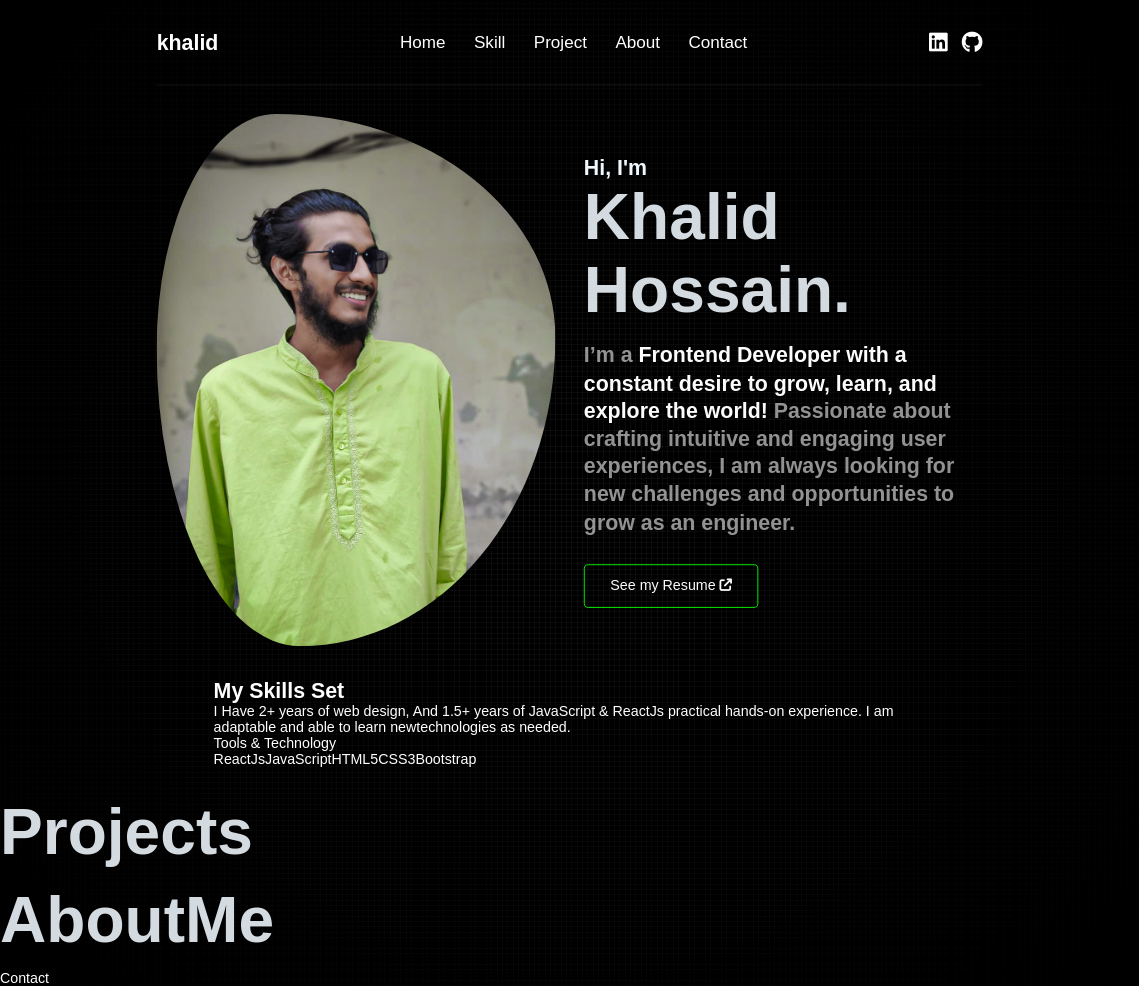
Repository: badhon252/my-portfolio
Page: /
These files come from the project's save history. The page is drawn as it stood at one moment and after the next save; the edit follows.
The browser window is 1280 px wide. The pictures show the whole page, at 89% of full size.
The project was rebuilt for these pictures with package versions that can differ from the ones it lists, and the page was loaded fresh each time. Also part of the build but not shown: src/Components/Home/Header/Navbar/Navs/LinkedIn/LinkedIn.module.css, src/Components/Home/Header/Navbar/Navs/GitHub/Github.module.css, src/Components/Home/Skill/Skill.css.

Above is the page before, as saved 2023-01-16 14:25:58.

### public/index.html
<!DOCTYPE html>
<html lang="en">

<head>
    <meta charset="utf-8" />
    <link rel="icon" href="%PUBLIC_URL%/favicon.ico" />
    <meta name="viewport" content="width=device-width, initial-scale=1" />
    <meta name="theme-color" content="#000000" />
    <meta name="description" content="Web site created using create-react-app, Portfolio" />
    <link rel="apple-touch-icon" href="%PUBLIC_URL%/logo192.png" />
    <link rel="stylesheet" href="https://cdnjs.cloudflare.com/ajax/libs/font-awesome/6.2.1/css/all.min.css">
    <link rel="manifest" href="%PUBLIC_URL%/manifest.json" />

    <title>Portfolio Website</title>
</head>

<body>
    <div id="root"></div>

    <script src="https://platform.linkedin.com/badges/js/profile.js" async defer type="text/javascript"></script>

</body>

</html>

### src/index.css
body {
    margin: 0;
    font-family: -apple-system, BlinkMacSystemFont, 'Segoe UI', 'Roboto', 'Oxygen', 'Ubuntu', 'Cantarell', 'Fira Sans', 'Droid Sans', 'Helvetica Neue', sans-serif;
    -webkit-font-smoothing: antialiased;
    -moz-osx-font-smoothing: grayscale;
    background-color: #000000;
    background-image: radial-gradient(circle at center center, transparent 0%, rgb(0, 0, 0) 99%), repeating-linear-gradient(0deg, rgba(163, 163, 163, 0.07) 0px, rgba(163, 163, 163, 0.07) 1px, transparent 1px, transparent 6px), repeating-linear-gradient(90deg, rgba(163, 163, 163, 0.07) 0px, rgba(163, 163, 163, 0.07) 1px, transparent 1px, transparent 6px), linear-gradient(90deg, rgb(0, 0, 0), rgb(0, 0, 0));
    color: #ffffff;
}

* {
    margin: 0;
    padding: 0;
    box-sizing: border-box;
    font-family: 'Poppins', sans-serif;
}

.container {
    margin: 2rem 15rem;
}

### src/App.js
import Home from './Components/Home/Home';

function App() {
  return (
    <div className="App">
      <Home/>
    </div>
  );
}

export default App;

### src/Components/Home/Home.jsx
import AboutMe from "./AboutMe/AboutMe";
import Footer from "./Footer/Footer";
import Header from "./Header/Header";
import Projects from "./Project/Projects";
import Skill from "./Skill/Skill";


export default function Home() {
  return (
    <div>
        <Header />
        <Skill/>
        <Projects/>
        <AboutMe/>
        <Footer/>

    </div>
  )
}

### src/Components/Home/AboutMe/AboutMe.jsx
import React from 'react';

const AboutMe = () => {
    return (
        <div>
            <h1>AboutMe</h1>
        </div>
    );
}

export default AboutMe;

### src/Components/Home/Footer/Footer.jsx
import React from 'react'
import Contact from './Contact/Contact'

export default function Footer() {
  return (
    <div>
        <Contact/>
    </div>
  )
}

### src/Components/Home/Header/Header.jsx
import React from 'react'
import HeaderContent from './HeaderContent/HeaderContent'
import Navbar from './Navbar/Navbar'
import Classes from './Header.module.css'

export default function Header() {
  return (
    <div className={Classes.header}>
      <Navbar/>
      <HeaderContent/>
    </div>
  )
}

### src/Components/Home/Project/Projects.jsx
import React from 'react';

const Projects = () => {
    return (
        <div>
            <h1>Projects</h1>
        </div>
    );
}

export default Projects;

### src/Components/Home/Skill/Skill.jsx
import "./Skill.css"
const SkillEfficiency = () => {
    return (
       <div id="skill" className="skillSet container">
            <div className="skillSet__title">
                <h2>My Skills Set</h2>

                <div className="skillSet__title__line">
                     I Have 2+ years of web design, And 1.5+ years of JavaScript & ReactJs practical hands-on experience.
                   <span>  I am adaptable and able to learn newtechnologies as needed.</span>
                </div>
                <div className="skillSet__title__text">
                    <div className="tools">Tools & Technology</div>
                    <span>ReactJs</span>
                    <span>JavaScript</span>
                    <span>HTML5</span>
                    <span>CSS3</span>
                    <span>Bootstrap</span>

                </div>
            </div>
       </div>
    );
}

export default SkillEfficiency;

### src/Components/Home/Header/HeaderContent/HeaderContent.jsx
import Badhon from "../../../../Assests/Images/badhon.jpg";
import HeroSection from './HeroSection'
import Classes from "./Header.module.css";

export default function HeaderContent() {
  return (
    <div>
      <div className={Classes.heroSection}>
          <div className={Classes.row}>
            <HeroSection col={Classes.col}/>
            <div className={Classes.col}>
              <img src={Badhon} alt="Badhon" className={Classes.heroImage} />
            </div>

        </div>
      </div>
    </div>
  )
}

### src/Components/Home/Header/Navbar/Navbar.jsx
import "./Navs/Navs.css"
import "./Navbar.css"
import NavbarBrand from './NavbarBrand/NavbarBrand'
import Nav from './Navs/Nav/Nav'
import LinkedIn from './Navs/LinkedIn/LinkedIn'
import GitHub from './Navs/GitHub/Github'

export default function Navbar() {
  return (
    <div className='navBar borderBottom'>
            <NavbarBrand/>
            <Nav/>
         <div className='navBar'>
            <LinkedIn/>
            <GitHub/>
         </div>
    </div>
  )
}

### src/Components/Home/Header/Header.module.css
.header {
    min-height: 100vh;
    margin: 0 10rem;
    color: aliceblue;
    padding: 0 1rem;
}

### src/Components/Home/Header/HeaderContent/HeroSection.jsx
import Classes from "./Header.module.css";


export default function HeroSection({col}) {
  return (
    <div className={col}>
          <h2 className={Classes.h1}>Hi, I'm</h2>
          <h1 className={Classes.h1}>Khalid Hossain.</h1>
          <p>
            I’m a <span>Frontend Developer with a constant desire to grow, learn, and explore the world!</span> Passionate about crafting intuitive and engaging user experiences,
            I am always looking for new challenges and opportunities to grow as an engineer.
          </p>

             <a className={Classes.resume} href="https://drive.google.com/file/d/1dNWfd7X8CYs_9THDZo58HHKVKzD8WfeY/view?usp=share_link" target="_blank" rel="noreferrer">
               See my Resume <i class="fa-solid fa-arrow-up-right-from-square"></i>
              </a>

    </div>
  );
}

### src/Components/Home/Header/HeaderContent/Header.module.css
.row {
    display: flex;
    flex-direction: row-reverse;
    justify-content: space-between;
    align-items: center;
    flex-wrap: wrap;
    margin: 2rem 0;
    gap: 2rem;
}

.col {
    flex-basis: 45%;
    flex: 1;
}

.heroImage {
    min-width: 300px;
    max-width: 600px;
    width: 100%;
    height: auto;
    box-sizing: border-box;
    overflow: hidden;
    transition: .5s;
    border-radius: 30% 70% 64% 36% / 44% 42% 58% 56%;
}

.heroImage:hover {
    border-radius: 20%;
}

h1 {
    font-size: 4.5em;
    font-weight: 700;
    margin-bottom: 1rem;
    color: rgba(240, 248, 255, 0.877);
}

p {
    font-size: 1.5em;
    font-weight: 600;
    margin-bottom: 1rem;
    color: rgba(255, 255, 255, 0.568);
    line-height: 1.3;
}

p span {
    color: #fcfcfc;
}

.resume {
    padding: .9rem 1.8rem;
    border: 1px solid #09ff01;
    font-size: 1rem;
    font-weight: 500;
    margin-top: 1rem;
    outline: none;
    border-radius: 5px;
    background: none;
    color: #fcfcfc;
    transition: .5s;
    cursor: pointer;
    text-decoration: none;
    display: inline-block;
}

.resume:hover {
    color: rgb(7, 7, 7);
    background-color: rgb(0, 255, 21);
}

.resume:active {
    transform: scale(0.95);
}

### src/Components/Home/Header/Navbar/Navs/Navs.css
.flexRow {
    display: flex;
    justify-content: space-between;
    align-items: center;
    flex-wrap: wrap;
    gap: 2rem;
}

.me_1 {
    margin-right: 1rem;
}

### src/Components/Home/Header/Navbar/Navbar.css
.boxShadow {
    -webkit-box-shadow: 0px 22px 40px -37px rgba(255, 255, 255, 1);
    -moz-box-shadow: 0px 22px 40px -37px rgba(255, 255, 255, 1);
    box-shadow: 0px 22px 40px -37px rgba(255, 255, 255, 1);
}

.borderBottom {
    border-bottom: 1px solid #f6f6f612;
}

### src/Components/Home/Header/Navbar/NavbarBrand/NavbarBrand.jsx
import Classes from "./NavbarBrand.module.css"
export default function NavbarBrand() {
  return (
    <div className={Classes.navbarBrand}>khalid</div>
  )
}

### src/Components/Home/Header/Navbar/Navs/Nav/Nav.jsx
import "./../Navs.css"
import "./Nav.css"
export default function Nav() {
  return (
    <div>
        <nav className="navBar" >
            <div className="container-fluid">

                {/* <button className="navbar-toggler" type="button" data-bs-toggle="collapse" data-bs-target="#navbarSupportedContent" aria-controls="navbarSupportedContent" aria-expanded="false" aria-label="Toggle navigation">
                <span className="navbar-toggler-icon"></span>
                </button> */}
                <div className="collapse navbar-collapse" id="navbarSupportedContent">
                <ul className="flexRow navbar-nav me-auto mb-2 mb-lg-0">
                    <li className="nav-item">
                    <a className="nav-link" href="#home">Home</a>
                    </li>
                    <li className="nav-item">
                    <a className="nav-link" href="#skill">Skill</a>
                    </li>
                    <li className="nav-item">
                    <a className="nav-link" href="#project">Project</a>
                    </li>
                    <li className="nav-item">
                    <a className="nav-link" href="#aboutMe">About</a>
                    </li>
                     <li className="nav-item">
                    <a className="nav-link" href="#contact">Contact</a>
                    </li>

                </ul>

                </div>
            </div>
        </nav>
    </div>
  )
}

### src/Components/Home/Header/Navbar/Navs/LinkedIn/LinkedIn.jsx
import "./LinkedIn.module.css"

export default function LinkedIn() {
  return (
    <div className='me_1' >
      <a href="https://www.linkedin.com/in/khalidhossainbadhon/" target="_blank" rel="noreferrer">
     <i class="fa-brands fa-linkedin"></i>
      </a>
    </div>
  )
}

### src/Components/Home/Header/Navbar/Navs/GitHub/Github.jsx
import Classes from "./Github.module.css"

export default function GitHub() {
  return (
    <div className={Classes.faBrands}>
      <a href="https://github.com/badhon252"><i class="fa-brands fa-github"></i></a>
    </div>
  )
}

### src/Components/Home/Header/Navbar/NavbarBrand/NavbarBrand.module.css
.navbarBrand {
    font-size: 1.5rem;
    font-weight: 700;
    color: rgb(255, 255, 255);
}

### src/Components/Home/Header/Navbar/Navs/Nav/Nav.css
.navBar {
    display: flex;
    justify-content: space-between;
    align-items: center;
    padding: 1.1rem 0;
    flex-wrap: wrap;
}

.navbar-nav {
    list-style-type: none;
    display: flex;
    justify-content: space-between;
}

.navbar-nav li a {
    text-decoration: none;
    color: rgb(255, 255, 255);
    font-size: 1.2rem;
    font-weight: 500;
    transition: all 0.3s ease-in-out;
}

.navbar-nav li a:hover {
    color: #49ff12;
}

.navbar-nav li a.active {
    color: #bb0707;
}

.navbar-nav li a.active:hover {
    color: #f1f1f1;
}

.navbar-nav li a.active::after {
    content: "";
    display: block;
    width: 100%;
    height: 2px;
    background: #f1f1f1;
    margin-top: 5px;
}

.navbar-nav li a.active:hover::after {
    background: #f1f1f1;
}

.fa-brands,
.fab {
    font-weight: 400;
    font-size: 1.5rem;
    color: #fff;
}

Loaded but not shown: src/index.js (common file); src/reportWebVitals.js (common file); src/Components/Home/Footer/Contact/Contact.jsx (common file)

After the next save:
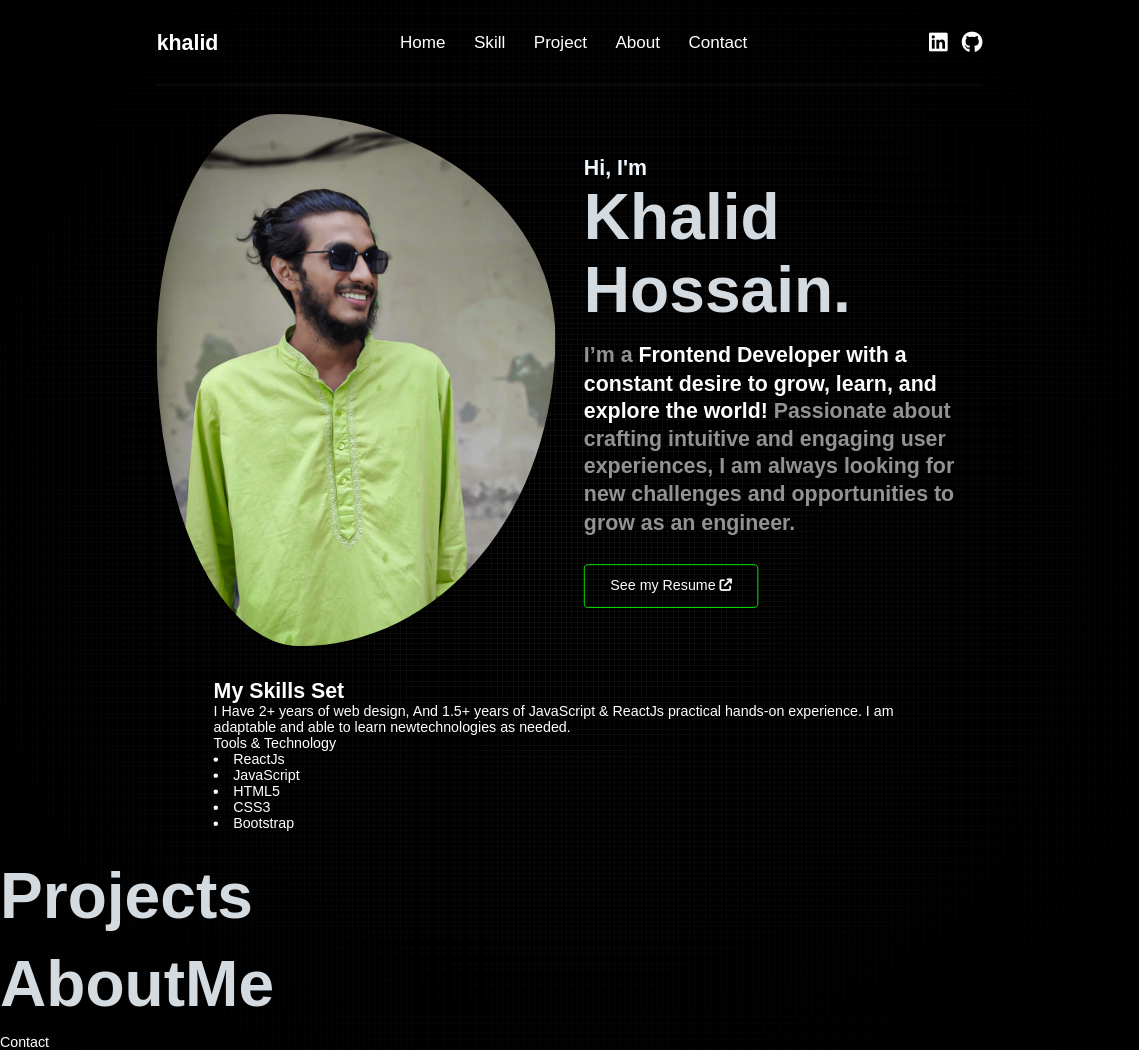
Saved 29 s later.
--- a/src/Components/Home/Skill/Skill.jsx
+++ b/src/Components/Home/Skill/Skill.jsx
@@ -11,11 +11,11 @@ const SkillEfficiency = () => {
                 </div>
                 <div className="skillSet__title__text">
                     <div className="tools">Tools & Technology</div>
-                    <span>ReactJs</span>
-                    <span>JavaScript</span>
-                    <span>HTML5</span>
-                    <span>CSS3</span>
-                    <span>Bootstrap</span>
+                    <li>ReactJs</li>
+                    <li>JavaScript</li>
+                    <li>HTML5</li>
+                    <li>CSS3</li>
+                    <li>Bootstrap</li>
 
                 </div>
             </div>
